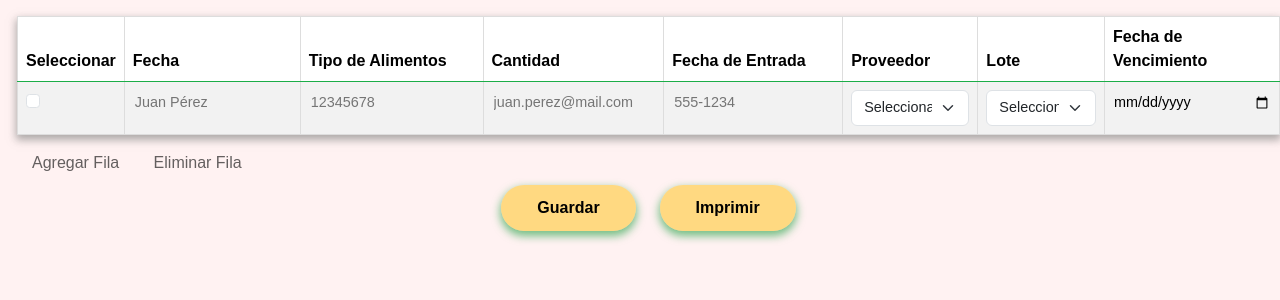
Repository: Mateojimenezz/Granja-Santa-Helena
Page: registroDiarioDeAlimentos.html
These files come from the project's save history. The page is drawn as it stood at one moment and after a run of saves; the edit follows.
The browser window is 1280 px wide. The pictures show the whole page.
Some web fonts or font styles are not loaded; a fallback is used.

Above is the page before, as saved 2025-04-22 15:35:08.

After the next 2 saves:
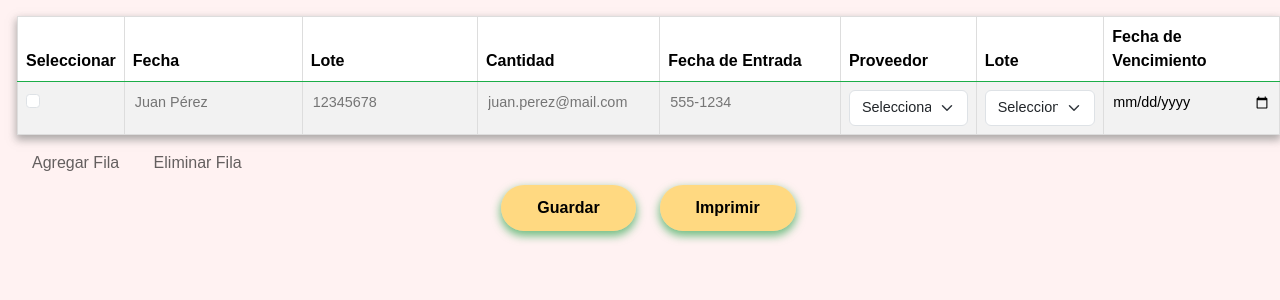
The 2 saves are shown as one change because they came seconds apart.
The last was saved 13 s later.
--- a/registroDiarioDeAlimentos.html
+++ b/registroDiarioDeAlimentos.html
@@ -16,7 +16,7 @@
             <tr>
               <th>Seleccionar</th> <!-- Nueva columna -->
               <th>Fecha</th>
-              <th>Tipo de Alimentos</th>
+              <th>Lote</th>
               <th>Cantidad</th>
               <th>Fecha de Entrada</th>
               <th>Proveedor</th>
